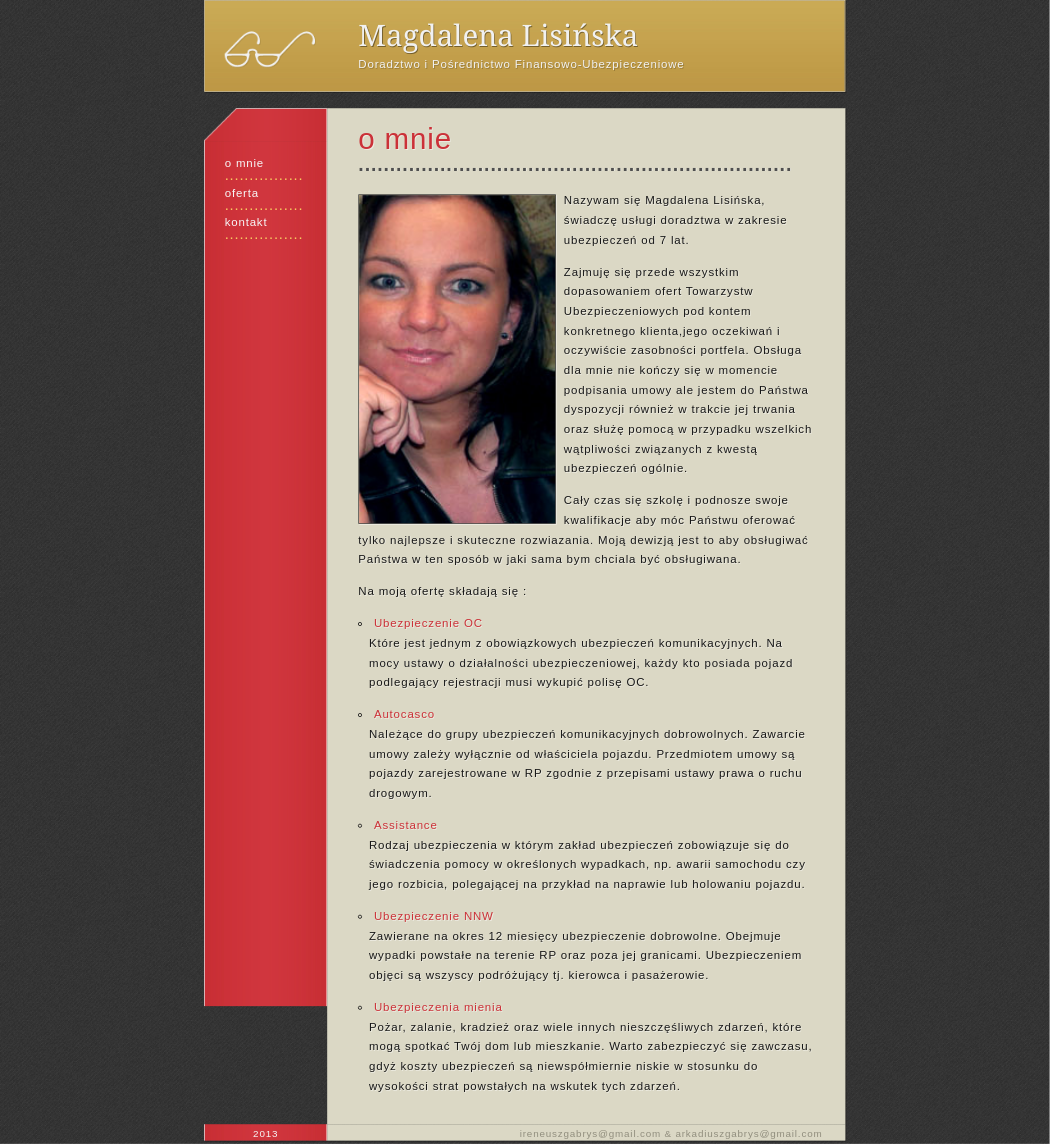
Repository: gabr/php_elicpse_workspace
Page: Magda Lisinska/index.html
The author's editor kept a copy of each file at every save. The page is drawn from the files as they stood at one save, then again after the next save.
The browser window is 1280 px wide. The pictures show the whole page, at 82% of full size.

Above is the page before, as saved 2013-03-08 14:18:48.

After the next save:
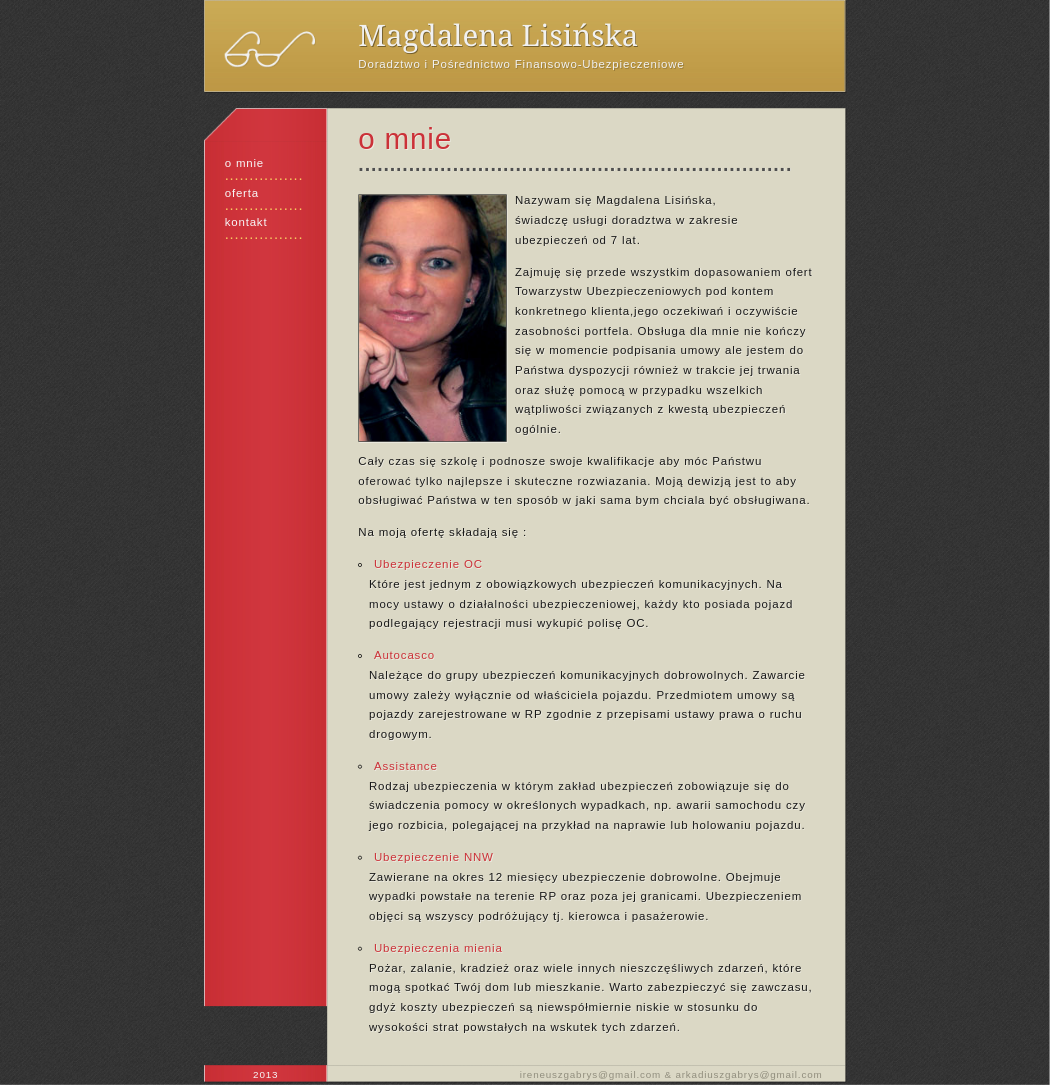
Saved 7 s later.
--- a/Magda Lisinska/css/style.css
+++ b/Magda Lisinska/css/style.css
@@ -15,7 +15,7 @@ p {
 }
 
 img {
-  height: 400px;
+  height: 300px;
 }
 
 a {
